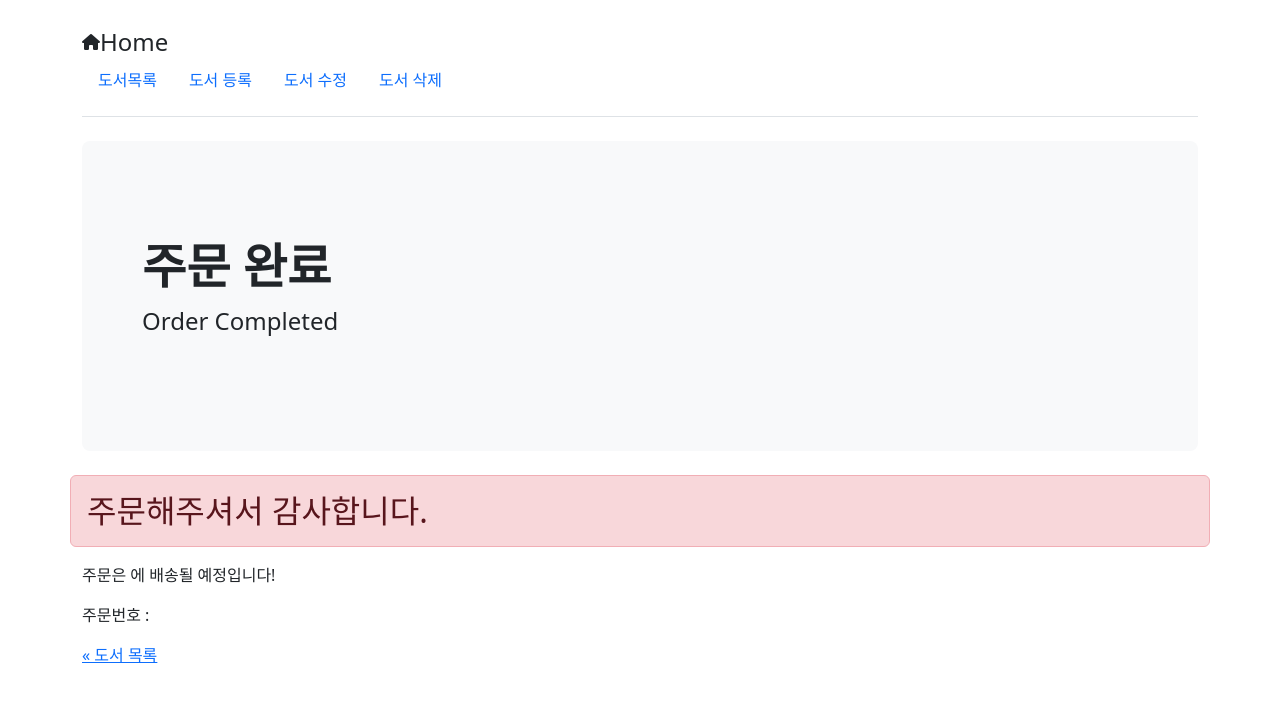
Repository: byeolchorong/ITedunet
Page: http://localhost/BookMarket/thankCustomer.jsp
These files come from the project's save history. The page is drawn as it stood at one moment and after the next save; the edit follows.
The browser window is 1280 px wide. The pictures show the whole page.
Some web libraries are served in a nearby version. The page is served by Tomcat 10. Nobody is signed in. The application's start-up code is not run.

Above is the page before, as saved 2025-06-02 03:40:51.

After the next save:
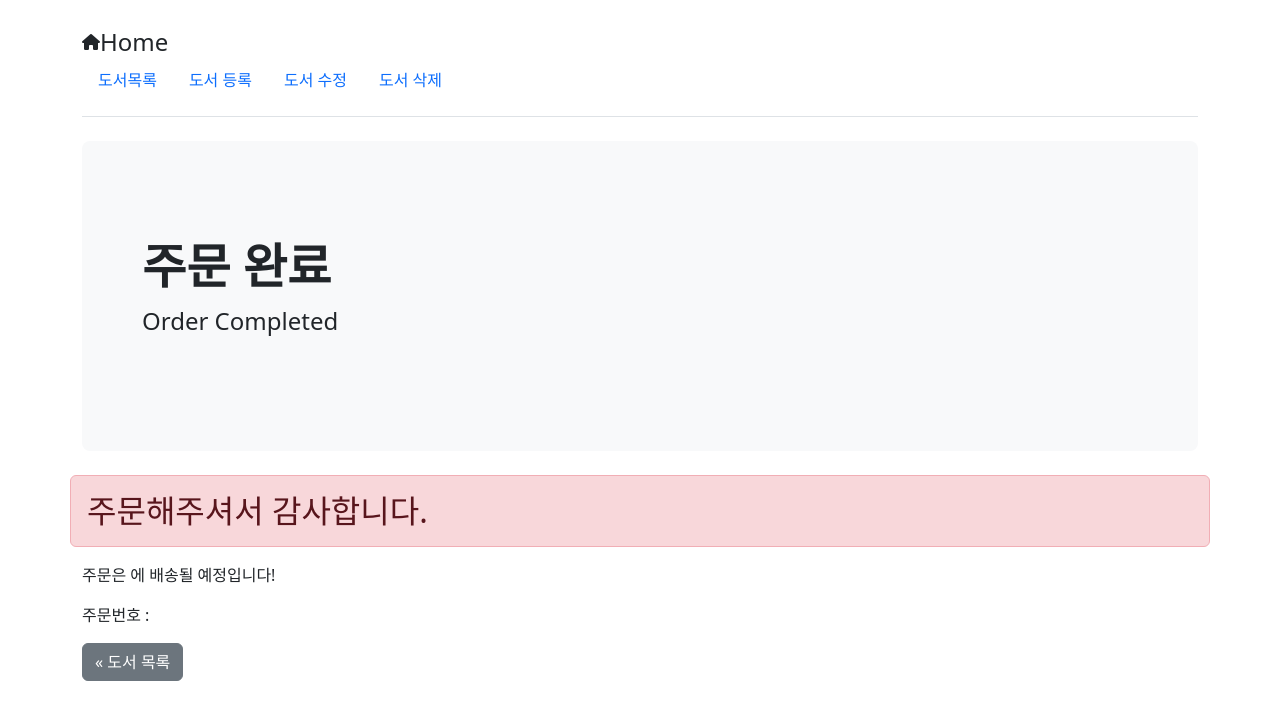
Saved 13 s later.
--- a/JSP/BookMarket/src/main/webapp/thankCustomer.jsp
+++ b/JSP/BookMarket/src/main/webapp/thankCustomer.jsp
@@ -50,7 +50,7 @@
 		<p> 주문번호 : <% out.println(shipping_cartId); %>
 	</div>
 	<div>
-		<p><a href="./books.jsp">&laquo; 도서 목록</a>
+		<p><a href="./books.jsp" class="btn btn-secondary">&laquo; 도서 목록</a>
 	</div>
 </div>
 </body>
